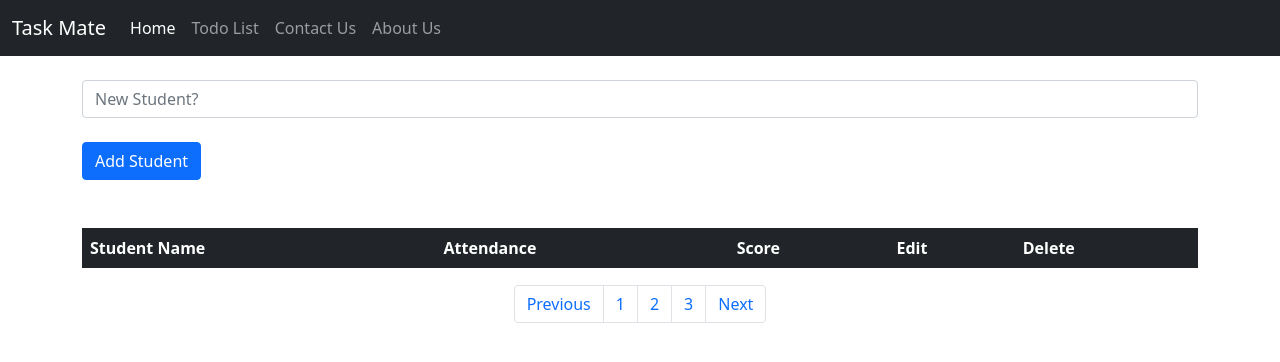
Repository: itathagata/Registration_System
Page: http://localhost/todolist/?pg=1
These files come from the project's save history. The page is drawn as it stood at one moment and after the next save; the edit follows.
The browser window is 1280 px wide. The pictures show the whole page.
The page is served by the project's application, run on Django 2.2 (manage.py). Other server files are loaded and not shown. Queries for data that is not in the repository find no rows.

Above is the page before, as saved 2021-06-04 03:52:52.

### todolist_app/views.py
from django.http.response import HttpResponse
from django.shortcuts import redirect, render
from django.http import HttpResponse
from todolist_app.models import TaskList
from todolist_app.forms import TaskForm
from django.contrib import messages
from django.core.paginator import Paginator
# Create your views here.
context = {'welcome':"Welcome to Todo List Page.",
    'contact_text':"Welcome to Todo List Contact Page.",
    'about_text':"Welcome to Todo List About Page."}
def todolist(request):
    if request.method == "POST":
        form = TaskForm(request.POST or None)
        if form.is_valid():
            form.save()
        messages.success(request,("New Student Added!"))
        return redirect('todolist')
    else:
        all_tasks = TaskList.objects.all()
        paginator = Paginator(all_tasks, 3)
        page = request.GET.get('pg')
        all_tasks = paginator.get_page(page)
        return render(request, 'todolist.html',{'all_tasks':all_tasks})



def complete_task(request,task_id):
    task = TaskList.objects.get(pk=task_id)
    task.Attendance = True
    task.save()
    return redirect('todolist')


def pending_task(request,task_id):
    task = TaskList.objects.get(pk=task_id)
    task.Attendance = False
    task.save()
    return redirect('todolist')

def delete_task(request,task_id):
    task = TaskList.objects.get(pk=task_id)
    task.delete()
    return redirect('todolist')




def edit_task(request,task_id):
    if request.method == "POST":
        task = TaskList.objects.get(pk=task_id)
        form = TaskForm(request.POST or None,instance=task)
        if form.is_valid():
            form.save()
        messages.success(request,("Edited!"))
        return redirect('todolist')
    else:
        task_obj = TaskList.objects.get(pk=task_id)
        return render(request, 'edit.html',{'task_obj':task_obj})


def contact(request):
    return render(request, 'contact.html',context)
def about(request):
    return render(request, 'about.html',context)

### todolist_app/templates/todolist.html
{% extends 'base.html' %}
{% block title %}
<title>TodoList Manager</title>
{% endblock title %}

{% block content %}
<div class="container">
</br>

  {%if messages%}
    {% for message in messages %}
      <div class="alert alert-warning alert-dismissible fade show" role="alert">
          {{ message }}
        <button type="button" class="btn-close" data-bs-dismiss="alert" aria-label="Close">
         </button>
      </div>
    {% endfor %}
  {% endif %}


  <form method="POST">
    {%csrf_token%}
    <div class="form-group">
          <input type="text" class="form-control" name="task" placeholder="New Student?">
    </div>
    </br>
    <button type="submit" class="btn btn-primary">Add Student</button>
  </form>

</br>
</br>
    <table class="table table-dark table-hover">
  <thead>
    <tr>
      <th scope="col">Student Name</th>
      <th scope="col">Attendance</th>
      <th scope="col">Score</th>
      <th scope="col">Edit</th>
      <th scope="col">Delete</th>
    </tr>
  </thead>
    <tbody>
    {% if all_tasks %}
      {%for obj in all_tasks%}
        {% if obj.Attendance %}
            <tr class="table-success">
            <td>{{ obj.id }} | {{ obj.Student_Name }}</td>
            <td><a href="{% url 'pending_task' obj.id %}">Mark as unsafe</a></td>
            <td>{{ obj.Score }}</td>
            <td><a href="{% url 'edit_task' obj.id %}">Edit</a></td>
            <td><a href="{% url 'delete_task' obj.id %}">Delete</a></td>
            </tr>
        {% else %}
            <tr class="table-danger">
            <td>{{ obj.id }} | {{ obj.Student_Name }}</td>
            <td><a href="{% url 'complete_task' obj.id %}">Mark as safe</a></td>
            <td>{{ obj.Score }}</td>
            <td><a href="{% url 'edit_task' obj.id %}">Edit</a></td>
            <td><a href="{% url 'delete_task' obj.id %}">Delete</a></td>
            </tr>
        {% endif %}
       {% endfor %}
    {% endif %}
     </tbody>
</table>


<nav aria-label="Page navigation example">
  <ul class="pagination justify-content-center">
    <li class="page-item "><a class="page-link" href="#" >Previous</a></li>
    <li class="page-item"><a class="page-link" href="#">1</a></li>
    <li class="page-item"><a class="page-link" href="#">2</a></li>
    <li class="page-item"><a class="page-link" href="#">3</a></li>
    <li class="page-item">
    <a class="page-link" href="#">Next</a></li>
  </ul>
</nav>

    </div>
{% endblock content %}

### templates/base.html
<!doctype html>
<html lang="en">
  <head>
    <!-- Required meta tags -->
    <meta charset="utf-8">
    <meta name="viewport" content="width=device-width, initial-scale=1">

    <!-- Bootstrap CSS -->
    <link href="https://cdn.jsdelivr.net/npm/bootstrap@5.0.1/dist/css/bootstrap.min.css" rel="stylesheet" integrity="sha384-+0n0xVW2eSR5OomGNYDnhzAbDsOXxcvSN1TPprVMTNDbiYZCxYbOOl7+AMvyTG2x" crossorigin="anonymous">

    {% block title %}{% endblock title %}
    <nav class="navbar navbar-expand-lg navbar-dark bg-dark">
  <div class="container-fluid">
    <a class="navbar-brand" href="#">Task Mate</a>
    <button class="navbar-toggler" type="button" data-bs-toggle="collapse" data-bs-target="#navbarNavAltMarkup" aria-controls="navbarNavAltMarkup" aria-expanded="false" aria-label="Toggle navigation">
      <span class="navbar-toggler-icon"></span>
    </button>
    <div class="collapse navbar-collapse" id="navbarNavAltMarkup">
      <div class="navbar-nav">
        <a class="nav-link active" aria-current="page" href="{% url 'todolist'%}">Home</a>
        <a class="nav-link" href="{% url 'todolist'%}">Todo List</a>
        <a class="nav-link" href="{% url 'contact'%}">Contact Us</a>
        <a class="nav-link" href="{% url 'about'%}">About Us</a>
      </div>
    </div>
  </div>
</nav>
  </head>
  <body>
  {% block content %}{% endblock content %}

    <!-- Optional JavaScript; choose one of the two! -->

    <!-- Option 1: Bootstrap Bundle with Popper -->
    <script src="https://cdn.jsdelivr.net/npm/bootstrap@5.0.1/dist/js/bootstrap.bundle.min.js" integrity="sha384-gtEjrD/SeCtmISkJkNUaaKMoLD0//ElJ19smozuHV6z3Iehds+3Ulb9Bn9Plx0x4" crossorigin="anonymous"></script>

    <!-- Option 2: Separate Popper and Bootstrap JS -->
    <!--
    <script src="https://cdn.jsdelivr.net/npm/@popperjs/core@2.9.2/dist/umd/popper.min.js" integrity="sha384-IQsoLXl5PILFhosVNubq5LC7Qb9DXgDA9i+tQ8Zj3iwWAwPtgFTxbJ8NT4GN1R8p" crossorigin="anonymous"></script>
    <script src="https://cdn.jsdelivr.net/npm/bootstrap@5.0.1/dist/js/bootstrap.min.js" integrity="sha384-Atwg2Pkwv9vp0ygtn1JAojH0nYbwNJLPhwyoVbhoPwBhjQPR5VtM2+xf0Uwh9KtT" crossorigin="anonymous"></script>
    -->
  </body>
</html>

### taskmate/urls.py

from django.contrib import admin
from django.urls import path, include

urlpatterns = [
    path('admin/', admin.site.urls),
    path('todolist', include('todolist_app.urls'))
]

### todolist_app/urls.py
from todolist_app import views
from django.urls import path
urlpatterns = [
    path('/', views.todolist, name='todolist'),
    path('/delete/<task_id>', views.delete_task, name='delete_task'),
    path('/edit/<task_id>', views.edit_task, name='edit_task'),
    path('/complete/<task_id>', views.complete_task, name='complete_task'),
    path('/pending/<task_id>', views.pending_task, name='pending_task'),
    path('/contact', views.contact, name='contact'),
    path('/about-us', views.about, name='about'),

]

After the next save:
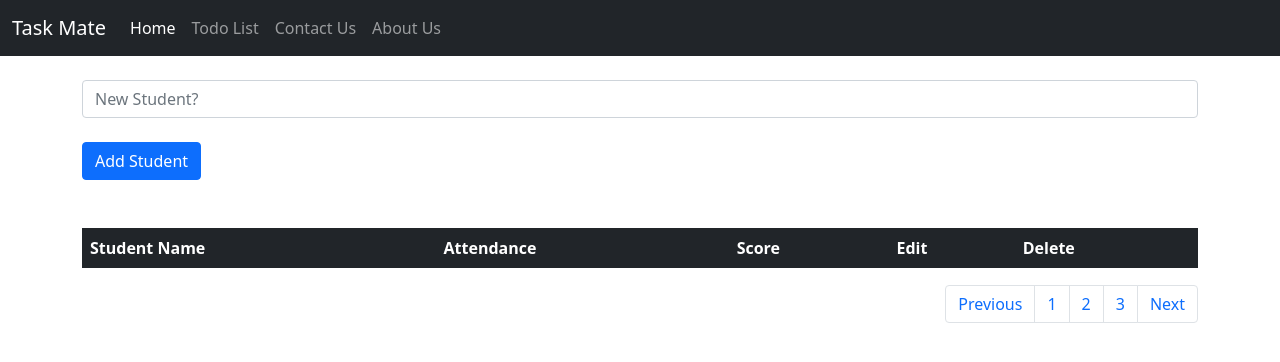
Saved 20 h 50 min later.
--- a/todolist_app/templates/todolist.html
+++ b/todolist_app/templates/todolist.html
@@ -66,7 +66,7 @@
 
 
 <nav aria-label="Page navigation example">
-  <ul class="pagination justify-content-center">
+  <ul class="pagination justify-content-end">
     <li class="page-item "><a class="page-link" href="#" >Previous</a></li>
     <li class="page-item"><a class="page-link" href="#">1</a></li>
     <li class="page-item"><a class="page-link" href="#">2</a></li>
